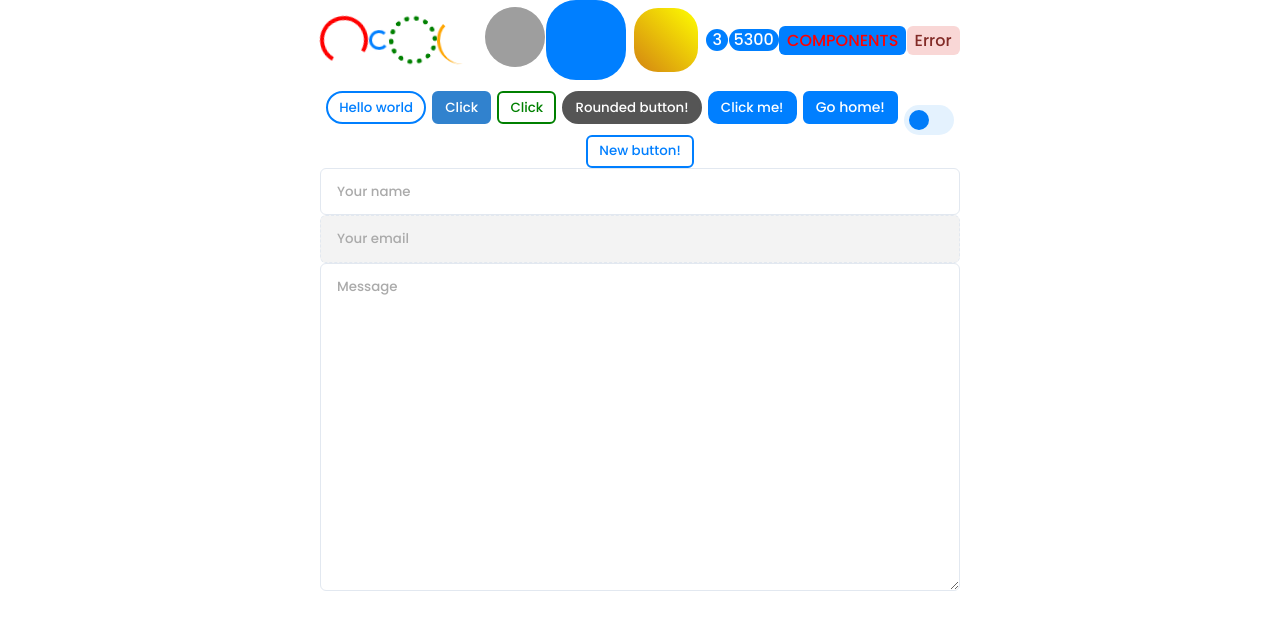
Repository: langf00rd/milky-ui
Page: / (app in example/)
These files come from the project's save history. The page is drawn as it stood at one moment and after the next save; the edit follows.
The browser window is 1280 px wide. The pictures show the whole page.
Pictures or frames that could not be fetched are drawn as grey boxes. The project was rebuilt for these pictures with package versions that can differ from the ones it lists, and the page was loaded fresh each time.

Above is the page before, as saved 2022-08-12 13:49:14.

### example/public/index.html
<!DOCTYPE html>
<html lang="en">
  <head>
    <meta charset="utf-8" />
    <link rel="shortcut icon" href="%PUBLIC_URL%/favicon.ico" />
    <meta
      name="viewport"
      content="width=device-width, initial-scale=1, shrink-to-fit=no"
    />
    <meta name="theme-color" content="#000000" />

    <!--
      manifest.json provides metadata used when your web app is added to the
      homescreen on Android. See https://developers.google.com/web/fundamentals/engage-and-retain/web-app-manifest/
    -->
    <link rel="manifest" href="%PUBLIC_URL%/manifest.json" />

    <!--
      Notice the use of %PUBLIC_URL% in the tags above.
      It will be replaced with the URL of the `public` folder during the build.
      Only files inside the `public` folder can be referenced from the HTML.

      Unlike "/favicon.ico" or "favicon.ico", "%PUBLIC_URL%/favicon.ico" will
      work correctly both with client-side routing and a non-root public URL.
      Learn how to configure a non-root public URL by running `npm run build`.
    -->
    <title>milky-ui</title>
  </head>

  <body>
    <noscript>
      You need to enable JavaScript to run this app.
    </noscript>

    <div id="root"></div>

    <!--
      This HTML file is a template.
      If you open it directly in the browser, you will see an empty page.

      You can add webfonts, meta tags, or analytics to this file.
      The build step will place the bundled scripts into the <body> tag.

      To begin the development, run `npm start` or `yarn start`.
      To create a production bundle, use `npm run build` or `yarn build`.
    -->
  </body>
</html>

### example/src/index.css
@import url('https://fonts.googleapis.com/css2?family=Poppins:wght@300;400;500;600&display=swap');

body {
  margin: 0;
  padding: 0;
  font-family: -apple-system, BlinkMacSystemFont, 'Segoe UI', 'Roboto', 'Oxygen',
    'Ubuntu', 'Cantarell', 'Fira Sans', 'Droid Sans', 'Helvetica Neue',
    sans-serif;
  -webkit-font-smoothing: antialiased;
  -moz-osx-font-smoothing: grayscale;
}

* {
  font-family: 'Poppins', sans-serif;
  font-weight: 500;
}

code {
  font-family: source-code-pro, Menlo, Monaco, Consolas, 'Courier New',
    monospace;
}

main {
  display: flex;
  align-items: center;
  flex-wrap: wrap;
  justify-content: space-evenly;
  /*height: 20vh;*/
  width: 50vw;
  margin: auto;
  /*margin-top: 100px;*/
}

input {
  /*margin: 20px;*/
}

### example/src/App.js
import React from "react";
import { useState } from "react";
import { Avatar, Label,Spinner, Meta, Badge, Switch, Button, Input, OutlineButton } from "milky-ui";

const App = () => {
  const [isSwitched, setIsSwitched] = useState(false);

  const buttonClick=()=>{
    alert("Yay! button clicked")
  }

  return (
    <main>
      <Meta
        title="Milky UI Components"
        description="Random description"
        twitterDescription="Twitter description"
        image="https://blog.urbanpiper.com/content/images/2021/06/logo-react.png"
      />
      <Spinner speed={'.5s'} thickness={'4px'} color={'red'} />
      <Spinner thickness={'3px'} size={'20px'} />
      <Spinner color={'green'} variant={1} />
      <Spinner color={'orange'} variant={2} />
      <Avatar src="https://blog.urbanpiper.com/content/images/2021/06/logo-react.png" />
      <Avatar isEmpty={true} radius="30px" bg="#007fff" size="80px" />
      <Avatar isEmpty={true} custom={"transform: scale(.8)"} radius="30px" bg="linear-gradient(45deg, #D38312, yellow)"
              size="80px" />
      <Badge label="3" />
      <Badge label="5300" />
      <Label color='red' text='COMPONENTS' type='success' />
      <Label type='error' text='Error' />
      <OutlineButton label={"Hello world"} radius={"1000px"} hoverColor={"red"} />
      <Button bg='#3182ce' label='Click'/>
      <OutlineButton color='green' label='Click'/>
      <Button hoverBg={"green"} radius="9999px" label="Rounded button!" bg={"#555"} />
      <Button radius={"10px"} action={buttonClick} label="Click me!" />
      <Button to={"/home"} label={"Go home!"} />
      <Switch onChange={() => {
        setIsSwitched(!isSwitched);
      }} value={isSwitched} />
      <OutlineButton action={buttonClick} label="New button!" />
      <Input placeholder="Your name" />
      <Input borderStyle='dashed' disabled placeholder="Your email" />
      <Input isMultiline={true} height="300px" resize="vertical" placeholder="Message" />
    </main>
  );
};

export default App;

### src/index.js
export { OutlineButton } from './components/buttons/OutlineButton'
export { Button } from './components/buttons/Button'
export { Input } from './components/inputs/Input'
export { Spinner } from './components/Spinner'
export { Switch } from './components/Switch'
export { Avatar } from './components/Avatar'
export { Badge } from './components/Badge'
export { Label } from './components/Label'
export { Meta } from './components/Meta'

### src/components/buttons/OutlineButton/index.js
import React from 'react'
import { StyledOutlinedButton } from './styles'

export const OutlineButton = ({
  height = '',
  width = '',
  radius = '',
  color = '',
  hoverColor = '',
  label = '',
  action = () => {},
  custom
}) => {
  return (
    <StyledOutlinedButton
      height={height}
      width={width}
      hoverColor={hoverColor}
      radius={radius}
      color={color}
      onClick={action}
      custom={custom}
    >
      {label}
    </StyledOutlinedButton>
  )
}

### src/components/buttons/Button/index.js
import React from 'react'
import { StyledMButton, StyledMLinkButton } from './styles'

const LinkButton = ({ props }) => {
  const {
    bg,
    to,
    radius,
    label,
    height,
    width,
    borderColor,
    textColor,
    hoverTextColor,
    hoverBg,
    action,
    custom
  } = props
  return (
    <StyledMLinkButton
      bg={bg}
      href={to}
      radius={radius}
      height={height}
      width={width}
      borderColor={borderColor}
      textColor={textColor}
      hoverTextColor={hoverTextColor}
      hoverBg={hoverBg}
      onClick={action}
      custom={custom}
    >
      {label}
    </StyledMLinkButton>
  )
}

/***/

const DefaultButton = ({ props }) => {
  const {
    bg,
    radius,
    label,
    height,
    width,
    borderColor,
    textColor,
    hoverTextColor,
    hoverBg,
    action,
    custom
  } = props
  return (
    <StyledMButton
      bg={bg}
      radius={radius}
      height={height}
      width={width}
      borderColor={borderColor}
      textColor={textColor}
      hoverTextColor={hoverTextColor}
      hoverBg={hoverBg}
      onClick={action}
      custom={custom}
    >
      {label}
    </StyledMButton>
  )
}

export const Button = (props) => {
  const { to } = props
  if (to) return <LinkButton props={props} />
  return <DefaultButton props={props} />
}

### src/components/inputs/Input/index.js
import React from 'react'
import { StyledInput, StyledMultilineInput } from './styles'

export const Input = ({
  disabled = false,
  height = '',
  resize = '',
  padding = '',
  isMultiline = false,
  onChange = () => {},
  value,
  focusBg = '',
  focusBorderColor = '',
  width = '',
  radius = '',
  placeholder = '',
  borderStyle = '',
  placeholderColor = '',
  borderColor = '',
  bg = '',
  borderWidth = '',
  custom
}) => {
  if (isMultiline)
    return (
      <StyledMultilineInput
        focusBorderColor={focusBorderColor}
        placeholder={placeholder}
        onChange={onChange}
        disabled={disabled}
        custom={custom}
        focusBg={focusBg}
        padding={padding}
        borderWidth={borderWidth}
        resize={resize}
        radius={radius}
        height={height}
        value={value}
        borderStyle={borderStyle}
        placeholderColor={placeholderColor}
        borderColor={borderColor}
        width={width}
        bg={bg}
      />
    )

  return (
    <StyledInput
      focusBorderColor={focusBorderColor}
      placeholder={placeholder}
      onChange={onChange}
      disabled={disabled}
      focusBg={focusBg}
      padding={padding}
      borderWidth={borderWidth}
      radius={radius}
      borderStyle={borderStyle}
      placeholderColor={placeholderColor}
      borderColor={borderColor}
      value={value}
      width={width}
      bg={bg}
    />
  )
}

### src/components/Spinner/index.js
import React from 'react'
import { StyledSpinner, StyledSpinner1, StyledSpinner2 } from './styles'

export const Spinner = (props) => {
  const { size, color, variant, thickness, speed } = props
  if (variant === 1)
    return (
      <StyledSpinner1
        thickness={thickness}
        speed={speed}
        size={size}
        color={color}
      />
    )
  if (variant === 2)
    return (
      <StyledSpinner2
        thickness={thickness}
        speed={speed}
        size={size}
        color={color}
      />
    )
  return (
    <StyledSpinner
      thickness={thickness}
      speed={speed}
      size={size}
      color={color}
    />
  )
}

### src/components/Switch/index.js
import React from 'react'
import { StyledLabel, StyledSwitch } from './style'

export const Switch = ({
  value = false,
  onChange = () => {},
  thumbColor = '',
  activeColor = '',
  inactiveColor = ''
}) => {
  return (
    <span>
      <StyledSwitch
        activeColor={activeColor}
        checked={value}
        onChange={onChange}
        type='checkbox'
        id='switch'
      />
      <StyledLabel
        thumbColor={thumbColor}
        inactiveColor={inactiveColor}
        htmlFor='switch'
      />
    </span>
  )
}

### src/components/Avatar/index.js
import React from 'react'
import { StyledAvatar, StyledAvatarWrapper, StyledEmptyAvatar } from './styles'

export const Avatar = ({
  action = () => {},
  alt = '',
  bg = '',
  isEmpty = false,
  fit = '',
  size = '',
  src = '',
  radius = '',
  custom
}) => {
  if (isEmpty)
    return (
      <StyledAvatarWrapper>
        <StyledEmptyAvatar
          fit={fit}
          bg={bg}
          custom={custom}
          size={size}
          radius={radius}
          src={src}
          onClick={action}
          isEmpty={isEmpty}
        />
      </StyledAvatarWrapper>
    )

  return (
    <StyledAvatarWrapper>
      <StyledAvatar
        fit={fit}
        bg={bg}
        custom={custom}
        size={size}
        radius={radius}
        src={src}
        alt={alt}
        onClick={action}
        isEmpty={isEmpty}
      />
    </StyledAvatarWrapper>
  )
}

### src/components/Badge/index.js
import React from 'react'
import { StyledBadge } from './styles'

export const Badge = ({
  label = '',
  bg = '',
  size = '',
  textColor = '',
  radius = '',
  fontSize = '',
  custom
}) => {
  return (
    <StyledBadge
      bg={bg}
      textColor={textColor}
      radius={radius}
      fontSize={fontSize}
      size={size}
      custom={custom}
    >
      {label}
    </StyledBadge>
  )
}

### src/components/Label/index.js
import React from 'react'
import { StyledErrorLabel, StyledLabel, StyledSucessLabel } from './styles'

export const Label = (props) => {
  const { text, color, bg, type } = props
  if (type === 'sucess') return <StyledSucessLabel>{text}</StyledSucessLabel>
  if (type === 'error') return <StyledErrorLabel>{text}</StyledErrorLabel>
  return (
    <StyledLabel color={color} bg={bg}>
      {text}
    </StyledLabel>
  )
}

### src/components/buttons/OutlineButton/styles.js
import styledComponents from 'styled-components'
import { constStyles } from '../../../constants/styles.const'

export const StyledOutlinedButton = styledComponents.button`
    // padding: .7rem 1.3rem;
    // height: ${(p) => (p.height ? p.height : '')};
    // width: ${(p) => (p.width ? p.width : 'max-content')};
    // border: 2.3px solid ${(p) => (p.color ? p.color : '#007fff')};
    // cursor: pointer;
    // border-radius: ${(p) => (p.radius ? p.radius : '10px')};
    // background: transparent;
    // color: ${(p) => (p.color ? p.color : '#007fff')};
    // transition: 0.1s linear;
    // display:flex;
    // align-items:center;
    // justify-content:center;
    // user-select: none;

    border-radius: ${(p) => (p.radius ? p.radius : constStyles.radius)};
    border: 2.3px solid ${(p) => (p.color ? p.color : '#007fff')};
    width: ${(p) => (p.width ? p.width : 'max-content')};
    color: ${(p) => (p.color ? p.color : '#007fff')};
    height: ${(p) => (p.height ? p.height : '')};
    cursor: pointer;
    background: transparent;
    transition: 0.1s linear;
    align-items:center;
    justify-content:center;
    user-select: none;
    display: inline-flex;
    -webkit-box-align: center;
    white-space: nowrap;
    vertical-align: middle;
    line-height: 1.2;
    padding: 0.4rem 0.7rem;

    &:hover  {
        color: ${(p) => (p.hoverColor ? p.hoverColor : p.hoverColor)};
        border-color: ${(p) => (p.hoverColor ? p.hoverColor : p.hoverColor)};
    }

    &:active {
        box-shadow: rgb(38 57 77) 0px 6px 21px -11px;
        transform: scale(0.9);
    }

    ${(p) => (p.custom ? p.custom : null)};
`

### src/components/buttons/Button/styles.js
import styledComponents from 'styled-components'
import { constStyles } from '../../../constants/styles.const'

export const StyledMButton = styledComponents.button`
    border-radius: ${(p) => (p.radius ? p.radius : constStyles.radius)};
    border: 2.3px solid ${(p) => (p.bg ? p.bg : '#007fff')};
    color: ${(p) => (p.textColor ? p.textColor : '#fff')};
    width: ${(p) => (p.width ? p.width : 'max-content')};
    background: ${(p) => (p.bg ? p.bg : '#007fff')};
    height: ${(p) => (p.height ? p.height : '')};
    cursor: pointer;
    transition: 0.1s linear;
    align-items:center;
    justify-content:center;
    user-select: none;
    display: inline-flex;
    -webkit-box-align: center;
    white-space: nowrap;
    vertical-align: middle;
    line-height: 1.2;
    padding: 0.4rem 0.7rem;

    &:hover {
        color: ${(p) => (p.hoverTextColor ? p.hoverTextColor : p.textColor)};
        border-color: ${(p) => (p.hoverBg ? p.hoverBg : p.hoverBg)};
        background: ${(p) => (p.hoverBg ? p.hoverBg : p.bg)};
    }

    &:active {
        transform: scale(0.9);
        box-shadow: rgb(38 57 77) 0px 6px 21px -11px;
    }

    ${(p) => (p.custom ? p.custom : null)};
`

/***/

export const StyledMLinkButton = styledComponents.a`
    height: ${(p) => (p.height ? p.height : '')};
    width: ${(p) => (p.width ? p.width : 'max-content')};
    border: 2.3px solid ${(p) => (p.bg ? p.bg : '#007fff')};
    cursor: pointer;
    border-radius: ${(p) => (p.radius ? p.radius : constStyles.radius)};
    background: ${(p) => (p.bg ? p.bg : '#007fff')};
    color: ${(p) => (p.textColor ? p.textColor : '#fff')};
    transition: 0.1s linear;
    align-items:center;
    justify-content:center;
    user-select: none;
    display: inline-flex;
    -webkit-box-align: center;
    white-space: nowrap;
    vertical-align: middle;
    line-height: 1.2;
    padding: 0.4rem 0.7rem;
    text-decoration: none;
    font-size: 14px;

    &:hover,
    &:active {
        color: ${(p) => (p.bg ? p.bg : p.textColor)};
        background: ${(p) => (p.hoverBg ? p.hoverBg : p.bg)};
        border-color: ${(p) => (p.hoverBg ? p.hoverBg : p.hoverBg)};
    }

    &:active {
        transform: scale(0.9);
        box-shadow: rgb(38 57 77) 0px 6px 21px -11px;
    }

    ${(p) => (p.custom ? p.custom : null)};
`

### src/components/inputs/Input/styles.js
import styledComponents from 'styled-components'
import { colors } from '../../../constants/colors.const'
import { constStyles } from '../../../constants/styles.const'

export const StyledInput = styledComponents.input`
    border-color: ${(p) =>
      p.borderColor ? p.borderColor : colors.borderColor};
    border-width: ${(p) => (p.borderWidth ? p.borderWidth : '1px')};
    border-radius: ${(p) => (p.radius ? p.radius : constStyles.radius)};
    border-style: ${(p) => (p.borderStyle ? p.borderStyle : 'solid')};
    padding: 0.8rem 1rem;
    background: ${(p) => (p.bg ? p.bg : '#fff')};
    width: ${(p) => (p.width ? p.width : '100%')};
    outline-color: ${(p) =>
      p.focusBorderColor ? p.focusBorderColor : colors.inputOutlineColor};

    &:focus {
      box-shadow: 0 0 10px 0px ${colors.shadowColor};
      background: ${(p) => (p.focusBg ? p.focusBg : '#fff')};
    }

    &:disabled {
        background: ${colors.disabledInputColor};
    }

    &::placeholder {
      color: ${(p) =>
        p.placeholderColor ? p.placeholderColor : colors.placeholderColor}
    }

    ${(p) => (p.custom ? p.custom : null)};
`

export const StyledMultilineInput = styledComponents.textarea`
    outline-color: ${(p) =>
      p.focusBorderColor ? p.focusBorderColor : colors.inputOutlineColor};
    height: ${(p) => (p.height ? p.height : '')};
    resize ${(p) => (p.resize ? p.resize : 'none')};
    border-color: ${(p) =>
      p.borderColor ? p.borderColor : colors.borderColor};
      border-width: ${(p) => (p.borderWidth ? p.borderWidth : '1px')};
    border-radius: ${(p) => (p.radius ? p.radius : constStyles.radius)};
    border-style: ${(p) => (p.borderStyle ? p.borderStyle : 'solid')};
    background: ${(p) => (p.bg ? p.bg : '#fff')};
    width: ${(p) => (p.width ? p.width : '100%')};
    font-family: inherit;
    padding: 0.8rem 1rem;
    text-align: left;

    &:focus {
      background: ${(p) => (p.focusBg ? p.focusBg : '#fff')};
      box-shadow: 0 0 10px 0px ${colors.shadowColor};
    }

    &:disabled {
        background: ${colors.disabledInputColor};
    }

    &::placeholder {
      color: ${(p) =>
        p.placeholderColor ? p.placeholderColor : colors.placeholderColor}
    }

    ${(p) => (p.custom ? p.custom : null)};
`

### src/components/Spinner/styles.js
import styledComponents from 'styled-components'
import { colors } from '../../constants/colors.const'

export const StyledSpinner = styledComponents.div`
  width: ${(p) => (p.size ? p.size : '48px')};
  height: ${(p) => (p.size ? p.size : '48px')};
  border: ${(p) => (p.thickness ? p.thickness : '4px')} solid ${(p) =>
  p.color ? p.color : colors.primary};
  border-bottom-color: transparent;
  border-radius: 50%;
  display: inline-block;
  box-sizing: border-box;
  animation: rotation  ${(p) => (p.speed ? p.speed : '2s')} linear infinite;

  @keyframes rotation {
  0% { transform: rotate(0deg); }
  100% { transform: rotate(360deg); }
`

/***/

export const StyledSpinner1 = styledComponents.div`
  width: ${(p) => (p.size ? p.size : '48px')};
  height: ${(p) => (p.size ? p.size : '48px')};
  border: 5px dotted ${(p) => (p.color ? p.color : colors.primary)};
  border-radius: 50%;
  display: inline-block;
  position: relative;
  box-sizing: border-box;
  animation: rotation ${(p) => (p.speed ? p.speed : '2s')} linear infinite;

  @keyframes rotation {
  0% {
    transform: rotate(0deg);
  }
  100% {
    transform: rotate(360deg);
  }
}
`

/***/

export const StyledSpinner2 = styledComponents.div`
  width: ${(p) => (p.size ? p.size : '48px')};
  height: ${(p) => (p.size ? p.size : '48px')};
  border-radius: 50%;
  display: inline-block;
  border-top: ${(p) => (p.thickness ? p.thickness : '3px')} solid ${(p) =>
  p.color ? p.color : colors.primary};
  border-right: 3px solid transparent;
  box-sizing: border-box;
  animation: rotation  ${(p) => (p.speed ? p.speed : '2s')} linear infinite;

  @keyframes rotation {
  0% {
    transform: rotate(0deg);
  }
  100% {
    transform: rotate(360deg);
  }
}
`

### src/components/Switch/style.js
import styledComponents from 'styled-components'

export const StyledSwitch = styledComponents.input`
    height: 0;
    width: 0;
    visibility: hidden;

    &:checked+label:after {
        left: calc(100% - 5px);
        transform: translateX(-100%);
    }

    &:checked+label {
        background: ${(p) => (p.activeColor ? p.activeColor : '#2195f351')};
    }
`

export const StyledLabel = styledComponents.label`
    cursor: pointer;
    text-indent: -9999px;
    width: 50px;
    height: 30px;
    display: block;
    border-radius: 100px;
    position: relative;
    background: ${(p) => (p.inactiveColor ? p.inactiveColor : '#2196f31f')};

    &:after {
        content: '';
        position: absolute;
        top: 5px;
        left: 5px;
        width: 20px;
        height: 20px;
        background: ${(p) => (p.thumbColor ? p.thumbColor : '#017cf9')};
        border-radius: 90px;
        transition: 0.3s;
    }
    // stretchy bouncy effect on click
    // &:active:after {
    //     width: 30px;
    // }
`

### src/components/Avatar/styles.js
import styledComponents from 'styled-components'

export const StyledAvatar = styledComponents.img`
    border-radius: ${(p) => (p.radius ? p.radius : '9999px')};
    background: ${(p) => (p.bg ? p.bg : '#f1f1f1')};
    object-fit: ${(p) => (p.fit ? p.fit : 'cover')};
    height: ${(p) => (p.size ? p.size : '60px')};
    width: ${(p) => (p.size ? p.size : '60px')};
    ${(p) => (p.custom ? p.custom : null)};
`

export const StyledEmptyAvatar = styledComponents.div`
    border-radius: ${(p) => (p.radius ? p.radius : '9999px')};
    background: ${(p) => (p.bg ? p.bg : '#f1f1f1')};
    object-fit: ${(p) => (p.fit ? p.fit : 'cover')};
    height: ${(p) => (p.size ? p.size : '60px')};
    width: ${(p) => (p.size ? p.size : '60px')};
    ${(p) => (p.custom ? p.custom : null)};
`

export const StyledAvatarWrapper = styledComponents.div`
    width: max-content;
`

### src/components/Badge/styles.js
import styledComponents from 'styled-components'

export const StyledBadge = styledComponents.div`
  font-size: ${(p) => (p.fontSize ? p.fontSize : 'inherit')};
  border-radius: ${(p) => (p.radius ? p.radius : '500px')};
  color: ${(p) => (p.textColor ? p.textColor : '#fff')};
  min-width: ${(p) => (p.size ? p.size : '22px')};
  background: ${(p) => (p.bg ? p.bg : '#007fff')};
  height: ${(p) => (p.size ? p.size : '22px')};
  box-sizing: border-box;
  padding: 0 5px;
  vertical-align: middle;
  display: inline-flex;
  justify-content: center;
  align-items: center;
  line-height: 0;
  ${(p) => (p.custom ? p.custom : null)};
`

### src/components/Label/styles.js
import styledComponents from 'styled-components'
import { colors } from '../../constants/colors.const'
import { constStyles } from '../../constants/styles.const'

export const StyledLabel = styledComponents.div`
    background: ${(p) => (p.bg ? p.bg : colors.primary)};
    border-radius: ${constStyles.radius};
    color: ${(p) => (p.color ? p.color : '#fff')};
    padding: 2px 8px;
`

/***/

export const StyledSucessLabel = styledComponents.div`
background: ${colors.sucess};
border-radius: ${constStyles.radius};
color: ${colors.successTextColor};
padding: 2px 8px;
`

/***/

export const StyledErrorLabel = styledComponents.div`
background: ${colors.error};
border-radius: ${constStyles.radius};
color: ${colors.errorTextColor};
padding: 2px 8px;
`

### src/constants/meta.const.js
export const META_CONTENT = {
  robots: 'follow, index',
  description: '',
  site_name: '',
  image_alt: '',
  image: '',
  title: '',
  url: '',

  /* Twitter meta data */
  twitter_card: 'summary_large_image',
  twitter_description: '',
  twitter_image_alt: '',
  twitter_creator: '',
  twitter_domain: '',
  twitter_title: '',
  twitter_image: '',
  twitter_url: '',

  /* Open Graph / Facebook data */
  og_description: '',
  og_image_alt: '',
  og_site_name: '',
  og_title: '',
  og_image: '',
  og_type: '',
  og_url: ''
}

### src/constants/styles.const.js
export const constStyles = {
  radius: '0.375rem'
}

### src/constants/colors.const.js
export const colors = {
  primary: '#007fff',
  secondary: '',
  accent: '',
  inputOutlineColor: '#007fff55',
  inputBorderColor: '#e1e1e1',
  shadowColor: '#b3b3b340',
  disabledInputColor: '#f1f1f1cc',
  placeholderColor: '#aaa',
  borderColor: '#E2E8F0',
  sucess: '#C5F3D5',
  error: '#F9D7D6',
  successTextColor: '#25543D',
  errorTextColor: '#822B27'
}

Loaded but not shown: example/src/index.js (common file); src/components/Meta/index.js (63 lines, source omitted)

After the next save:
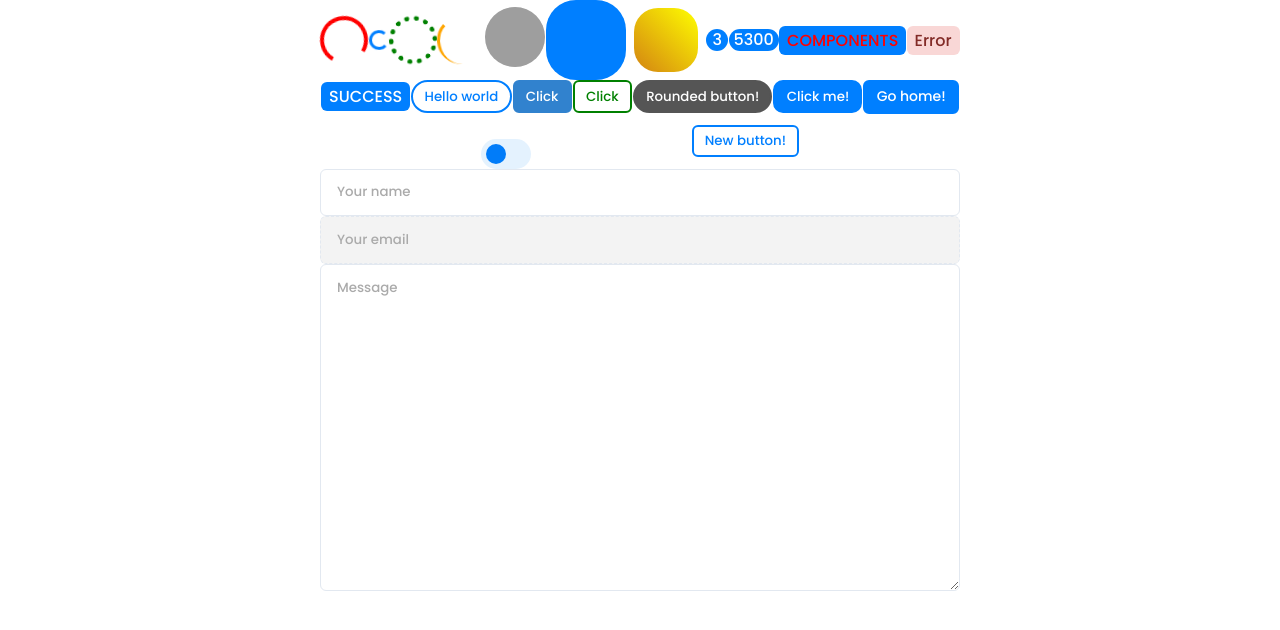
Saved 15 s later.
--- a/example/src/App.js
+++ b/example/src/App.js
@@ -29,6 +29,7 @@ const App = () => {
       <Badge label="5300" />
       <Label color='red' text='COMPONENTS' type='success' />
       <Label type='error' text='Error' />
+      <Label type='success' text='SUCCESS' />
       <OutlineButton label={"Hello world"} radius={"1000px"} hoverColor={"red"} />
       <Button bg='#3182ce' label='Click'/>
       <OutlineButton color='green' label='Click'/>
